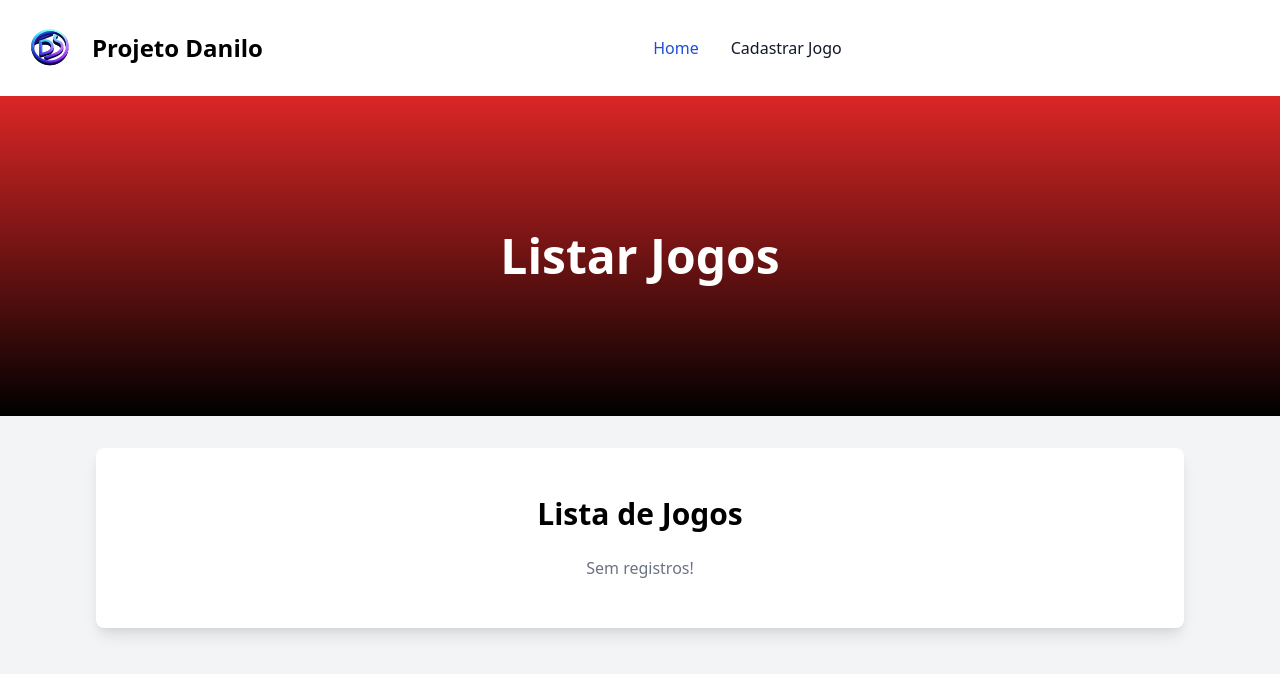
Repository: DaniloSsoares/Projeto-Laravel-site
Page: http://localhost/listar
The author's editor kept a copy of each file at every save. The page is drawn from the files as they stood at one save, then again after the next save.
The browser window is 1280 px wide. The pictures show the whole page.
The page is served by the project's Laravel application, run on PHP 8.4 with Laravel 12. Other server files are loaded and not shown. Queries for data that is not in the repository find no rows.

Above is the page before, as saved 2024-09-10 11:31:59.

### Projeto_Laravel_Crud/routes/web.php
<?php

use App\Http\Controllers\JogoController;
use App\Http\Controllers\ProfileController;
use Illuminate\Support\Facades\Route;

Route::get('/', function () {
    return view('welcome');
});

Route::get('/dashboard', function () {
    return view('dashboard');
})->middleware(['auth', 'verified'])->name('dashboard');

Route::middleware('auth')->group(function () {
    Route::get('/profile', [ProfileController::class, 'edit'])->name('profile.edit');
    Route::patch('/profile', [ProfileController::class, 'update'])->name('profile.update');
    Route::delete('/profile', [ProfileController::class, 'destroy'])->name('profile.destroy');
});

require __DIR__.'/auth.php';


Route::get('/listar', [JogoController::class, 'listar'])->name('jogo.listar');

Route::get('/cadastrar', [JogoController::class, 'cadastrar'])->name('jogo.cadastrar');

Route::get('/atualizar', function () {
    return view('atualizacao');
});

Route::get('/deletar', function () {
    return view('deletar');
});




Route::post('/adicionarJogo', [JogoController::class, 'adicionar'])->name('adicionar.jogo');


Route::post("/atualizar/{id}", [JogoController::class, 'atualizar'])->name('atualizar.jogo');

Route::get("/excluir/{id}",[JogoController::class, 'excluir'])->name('Excluir.jogo');

Route::get("/editar/{id}",[JogoController::class, 'editar'])->name('Editar.jogo');

### Projeto_Laravel_Crud/app/Http/Controllers/JogoController.php
<?php

namespace App\Http\Controllers;

use App\Models\Jogo;
use Illuminate\Http\Request;
use App\Http\Requests\adicionarRequest;

class JogoController extends Controller
{
    /**
     * Display a listing of the resource.
     */
    public function authorize()
    {
        return true;  // Certifique-se de retornar true para permitir a validação
    }


        public function cadastrar(Request $req)
        {
            $jogos = Jogo::all();  // Exemplo de lógica com dados do banco
            return view('cadastrar', ['jogos' => $jogos]);
        }
        public function adicionar(adicionarRequest $req){
          try{
             $jogo = new Jogo;
             $jogo-> titulo = $req->titulo;
             $jogo->anolanc = $req->anolanc;
             $jogo-> classi = $req->classi;
             $jogo-> genero = $req->genero;
             $jogo->pontuacao= $req->pontuacao;
             $jogo-> plataforma = $req->plataforma;
             $jogo-> empresa = $req->empresa;
             if ($req->hasFile('capa') && $req->file('capa')->isValid()) {

                $jogo->capa = $req->file('capa')->store('capas', 'public');
            }
            $jogo->save();
            return redirect()->back()->with('success', 'Filme adicionado com sucesso!');
        } catch (\Exception $e) {

            return redirect()->back()->withErrors(['error' => 'Ocorreu um erro ao adicionar o filme: ' . $e->getMessage()]);
        }
    }

public function listar(Request $req){
    $jogos = Jogo::all();
    return view('listar', ['jogos' => $jogos]);
}
public function excluir(Request $req){
$jogo = Jogo::find($req->id);
$jogo->delete();
return redirect()->back();
}
public function editar(Request $req){
$jogo = Jogo::find($req->id);
return view('editar')->with("jogo", $jogo);
}
}

### Projeto_Laravel_Crud/app/Models/Jogo.php
<?php

namespace App\Models;

use Illuminate\Database\Eloquent\Factories\HasFactory;
use Illuminate\Database\Eloquent\Model;

class Jogo extends Model
{
    use HasFactory;

    protected $fillable = [
"titulo",
"anolanc",
"classi",
"genero",
"pontuacao",
"plataforma",
"empresa",
"capa",

    ];
    public function getCapaUrlAttribute(){
        if($this->capa){
            //Asset usado em laravel para armazernar uma url dentro de uma pasta
            return asset('storage/' . $this->capa);
        }
        return null;
    }
}

### Projeto_Laravel_Crud/resources/views/listar.blade.php
<!DOCTYPE html>
<html lang="en">

<head>
    <meta charset="UTF-8">
    <meta name="viewport" content="width=device-width, initial-scale=1.0">
    <title>Laravel PHP Breeze Test</title>
    <link rel="stylesheet" href="https://cdn.jsdelivr.net/npm/tailwindcss@2.2.19/dist/tailwind.min.css">
</head>

<body class="bg-gray-100 dark:bg-zinc-900 text-black dark:text-white">

    <!-- Header -->

    @if (Route::has('login'))
    <nav class="bg-white border-gray-200 dark:bg-gray-900">
  <div class="max-w-screen-xl flex flex-wrap items-center justify-between mx-auto p-4">
  <a href="{{ url('/dashboard') }}" class="flex items-center space-x-3 rtl:space-x-reverse">
      <img src="/img/logoDan.png" class="h-16" alt="Flowbite Logo" />
      <span class="self-center text-2xl font-semibold whitespace-nowrap dark:text-white">Projeto Danilo</span>
  </a>

  <div class="flex items-center md:order-2 space-x-3 md:space-x-0 rtl:space-x-reverse">


  </div>
  <div class="items-center justify-between hidden w-full md:flex md:w-auto md:order-1" id="navbar-user">
    <ul class="flex flex-col font-medium p-4 md:p-0 mt-4 border border-gray-100 rounded-lg bg-gray-50 md:space-x-8 rtl:space-x-reverse md:flex-row md:mt-0 md:border-0 md:bg-white dark:bg-gray-800 md:dark:bg-gray-900 dark:border-gray-700">
      <li>
        <a href="{{ url('/dashboard') }}" class="block py-2 px-3 text-white bg-blue-700 rounded md:bg-transparent md:text-blue-700 md:p-0 md:dark:text-blue-500" aria-current="page">Home</a>
      </li>
      <li>
       <a href="{{ route('jogo.cadastrar') }}" class="block py-2 px-3 text-gray-900 rounded hover:bg-gray-100 md:hover:bg-transparent md:hover:text-blue-700 md:p-0 dark:text-white md:dark:hover:text-blue-500 dark:hover:bg-gray-700 dark:hover:text-white md:dark:hover:bg-transparent dark:border-gray-700">Cadastrar Jogo</a>

      </li>


      <div class="flex space-x-4">
                @auth
                <a href="{{ url('/profile') }}" class="block py-2 px-3 text-gray-900 rounded hover:bg-gray-100 md:hover:bg-transparent md:hover:text-blue-700 md:p-0 dark:text-white md:dark:hover:text-blue-500 dark:hover:bg-gray-700 dark:hover:text-white md:dark:hover:bg-transparent dark:border-gray-700">Perfil</a>

                <div>{{ Auth::user()->name }}</div>

                @endauth
            </div>
    </ul>
  </div>
  </div>
</nav>


<div class="w-full">
  <!-- Header com gradiente -->
  <div class="bg-gradient-to-b from-red-600 to-black h-80 flex justify-center items-center">
    <h1 class="text-white text-5xl font-bold">Listar Jogos</h1>
  </div>

  <!-- Conteúdo principal -->
  <div class="max-w-6xl mx-auto px-6 sm:px-6 lg:px-8 mb-12 mt-8">
    <div class="bg-white shadow-lg rounded-lg p-8 sm:p-12">
      <!-- Título da seção -->
      <p class="text-3xl font-semibold text-center mb-6">Lista de Jogos</p>

      <!-- Container dos jogos -->
      <div class="grid grid-cols-1 sm:grid-cols-2 lg:grid-cols-3 gap-6">
        <!-- Verifica se existem jogos -->
        @if (count($jogos) > 0)
          @foreach ($jogos as $fill)
          <!-- Card de jogo -->
          <div class="bg-gray-100 p-6 rounded-lg shadow-md hover:shadow-xl transition-shadow">
            <!-- Imagem e detalhes do jogo -->
            <div class="flex items-start space-x-4">
              <img src="{{ asset('storage/' . $fill->capa) }}" alt="Capa do jogo" class="w-24 h-32 object-cover rounded-md bg-slate-100">
              <div class="flex-1">
                <!-- Título do jogo -->
                <h3 class="font-bold text-lg text-gray-900 mb-2">{{ $fill->titulo }}</h3>
                <!-- Informações adicionais -->
                <p class="text-sm text-gray-500">Ano: {{ $fill->anolanc }}</p>
                <p class="text-sm text-gray-500">Gênero: {{ $fill->genero }}</p>
                <p class="text-sm text-gray-500">Plataforma: {{ $fill->plataforma }}</p>
                <p class="text-sm text-gray-500">Classificação: {{ $fill->classi }}</p>
              </div>
            </div>

            <!-- Empresa e pontuação -->
            <div class="flex justify-between items-center mt-4">
              <div class="text-gray-600">
                <p class="text-sm">Empresa: {{ $fill->empresa }}</p>
              </div>
              <!-- Pontuação com ícone de estrela -->
              <div class="flex items-center text-yellow-500">
                <svg class="w-5 h-5 mr-1" xmlns="http://www.w3.org/2000/svg" fill="currentColor" viewBox="0 0 24 24">
                  <path d="M12 17.27l6.18 4.73-1.64-7.03L22 9.24l-7.19-.61L12 2 9.19 8.63 2 9.24l5.46 5.73L5.82 22z"/>
                </svg>
                <span class="font-bold">{{ $fill->pontuacao }}</span>
              </div>
            </div>

            <!-- Botões de ação -->
            <div class="mt-6 flex justify-between">
              <a href="/editar/{{ $fill->id }}" class="bg-gray-500 text-white py-2 px-4 rounded-md hover:bg-gray-800 transition-colors">Editar</a>
              <a href="/excluir/{{ $fill->id }}" class="bg-red-500 text-white py-2 px-4 rounded-md hover:bg-red-600 transition-colors">Excluir</a>
            </div>
          </div>
          @endforeach
        @else
          <!-- Caso não haja registros -->
          <p class="text-center text-gray-500 col-span-full">Sem registros!</p>
        @endif
        @endif
      </div>
    </div>
  </div>
</div>


</body>
</html>

Loaded but not shown: Projeto_Laravel_Crud/routes/auth.php (common file); Projeto_Laravel_Crud/app/Http/Controllers/Auth/EmailVerificationPromptController.php (common file); Projeto_Laravel_Crud/app/Http/Controllers/Controller.php (common file); Projeto_Laravel_Crud/app/Http/Controllers/Auth/VerifyEmailController.php (common file)

After the next save:
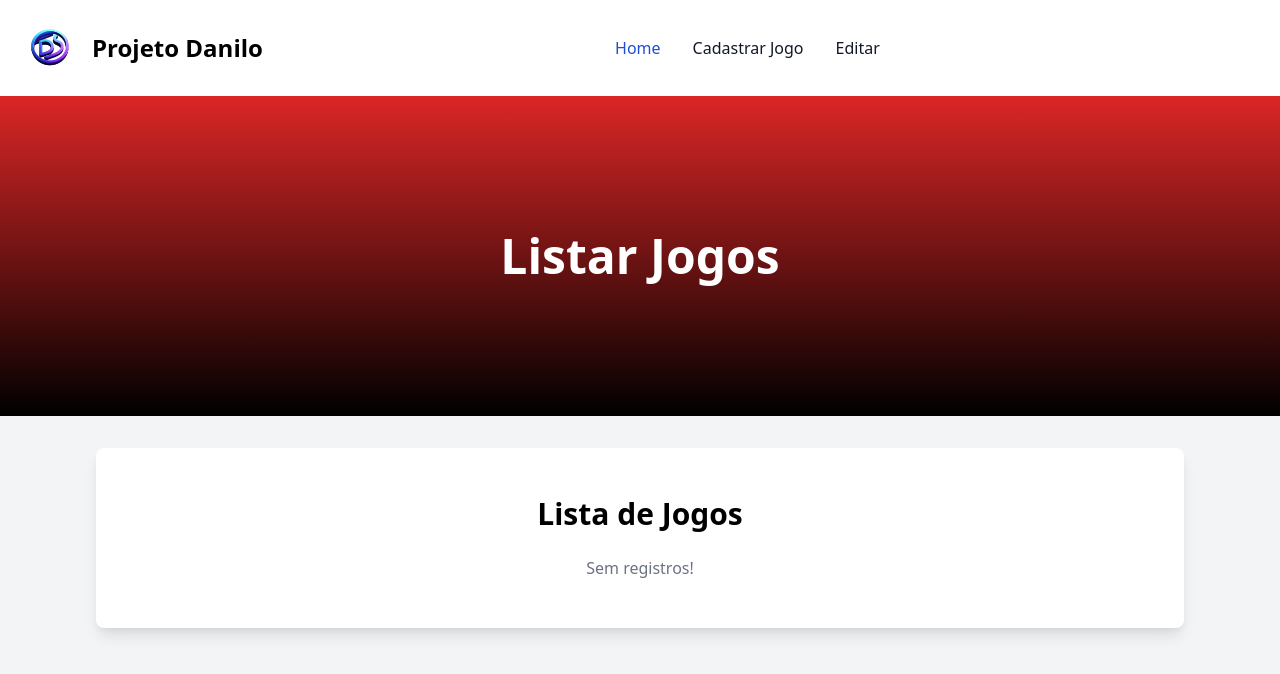
Saved 7 min 41 s later.
--- a/Projeto_Laravel_Crud/resources/views/listar.blade.php
+++ b/Projeto_Laravel_Crud/resources/views/listar.blade.php
@@ -34,6 +34,9 @@
 
       </li>
 
+      <li>
+        <a href="#" class="block py-2 px-3 text-gray-900 rounded hover:bg-gray-100 md:hover:bg-transparent md:hover:text-blue-700 md:p-0 dark:text-white md:dark:hover:text-blue-500 dark:hover:bg-gray-700 dark:hover:text-white md:dark:hover:bg-transparent dark:border-gray-700">Editar</a>
+      </li>
 
       <div class="flex space-x-4">
                 @auth

After the save that followed:
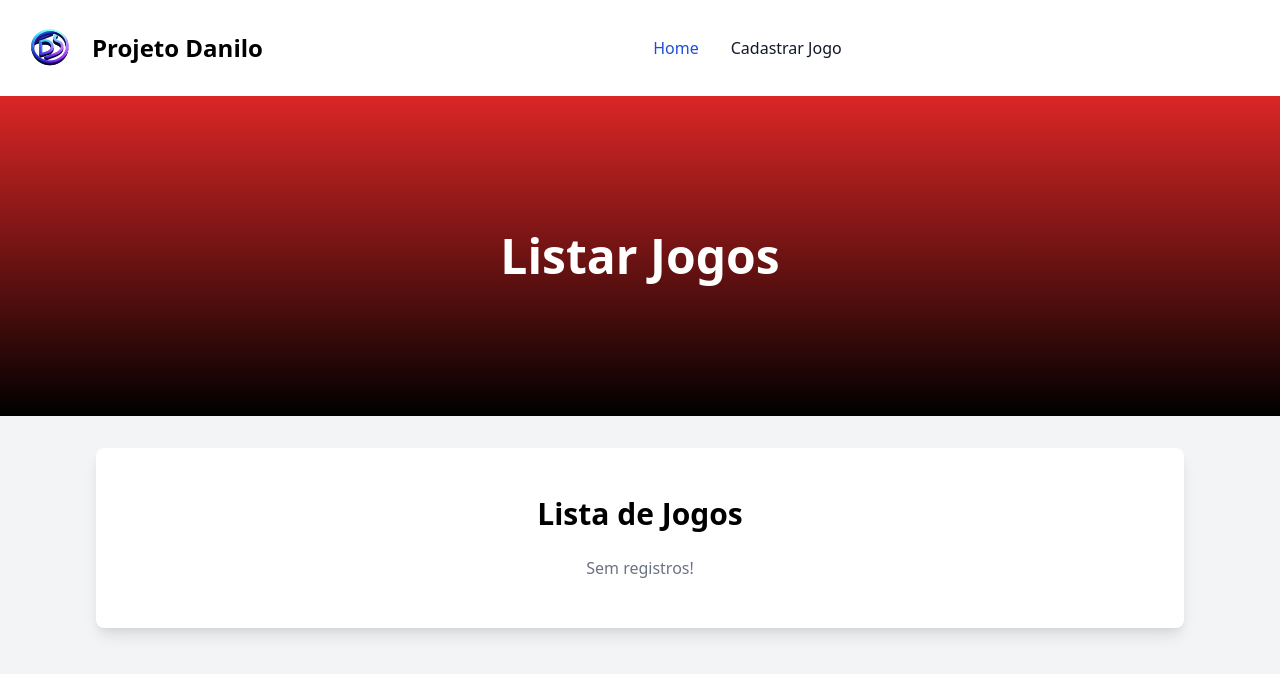
Saved 6 s later.
--- a/Projeto_Laravel_Crud/resources/views/listar.blade.php
+++ b/Projeto_Laravel_Crud/resources/views/listar.blade.php
@@ -34,9 +34,7 @@
 
       </li>
 
-      <li>
-        <a href="#" class="block py-2 px-3 text-gray-900 rounded hover:bg-gray-100 md:hover:bg-transparent md:hover:text-blue-700 md:p-0 dark:text-white md:dark:hover:text-blue-500 dark:hover:bg-gray-700 dark:hover:text-white md:dark:hover:bg-transparent dark:border-gray-700">Editar</a>
-      </li>
+
 
       <div class="flex space-x-4">
                 @auth
